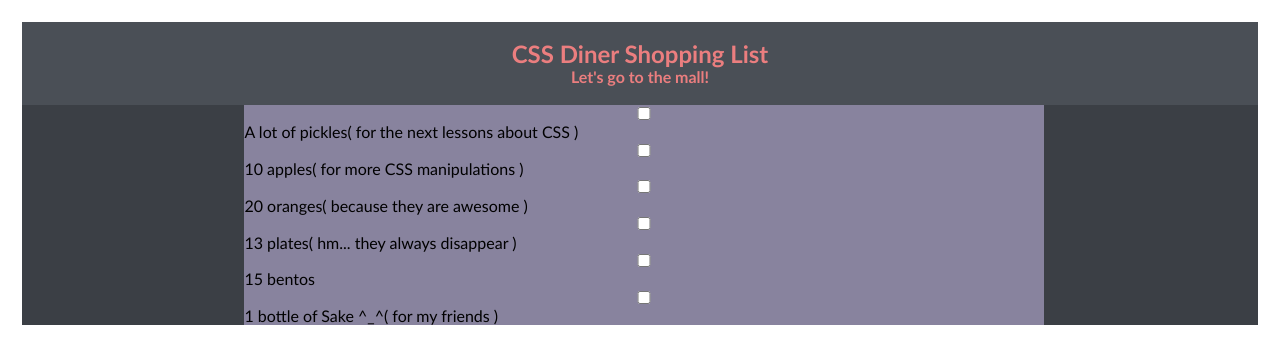
Repository: shpakovskaya/github.io
Page: selector css/shopping list/index.html
The author's editor kept a copy of each file at every save. The page is drawn from the files as they stood at one save, then again after the next save.
The browser window is 1280 px wide. The pictures show the whole page.

Above is the page before, as saved 2021-09-30 19:33:36.

After the next save:
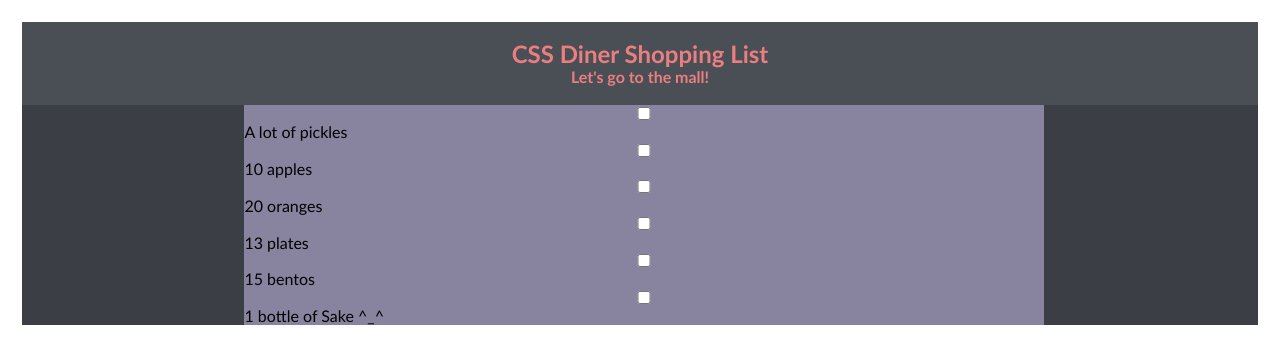
Saved 24 days later.
--- a/selector css/shopping list/index.html
+++ b/selector css/shopping list/index.html
@@ -30,31 +30,33 @@
           <div>
             <input type="checkbox" id="pickles" name="pickles" />
             <label for="pickles">
-              <span class="pickles">A lot of pickles</span></label
+              <span class="e-pickles">A lot of pickles</span></label
             >
           </div>
           <div>
             <input type="checkbox" id="apples" name="apples" />
-            <label for="apples"> <span class="apples">10 apples</span> </label>
+            <label for="apples">
+              <span class="e-apples">10 apples</span>
+            </label>
           </div>
           <div>
             <input type="checkbox" id="oranges" name="oranges" />
             <label for="oranges"
-              ><span class="oranges">20 oranges</span>
+              ><span class="e-oranges">20 oranges</span>
             </label>
           </div>
           <div>
             <input type="checkbox" id="plates" name="plates" />
-            <label for="plates"><span class="plates">13 plates</span></label>
+            <label for="plates"><span class="e-plates">13 plates</span></label>
           </div>
           <div>
             <input type="checkbox" id="bentos" name="bentos" />
-            <label for="bentos"><span class="bentos">15 bentos</span></label>
+            <label for="bentos"><span class="e-bentos">15 bentos</span></label>
           </div>
           <div>
             <input type="checkbox" id="bottle" name="bottle" />
             <label for="bottle"
-              ><span class="bottle">1 bottle of Sake ^_^</span></label
+              ><span class="e-bottle">1 bottle of Sake ^_^</span></label
             >
           </div>
         </form>
